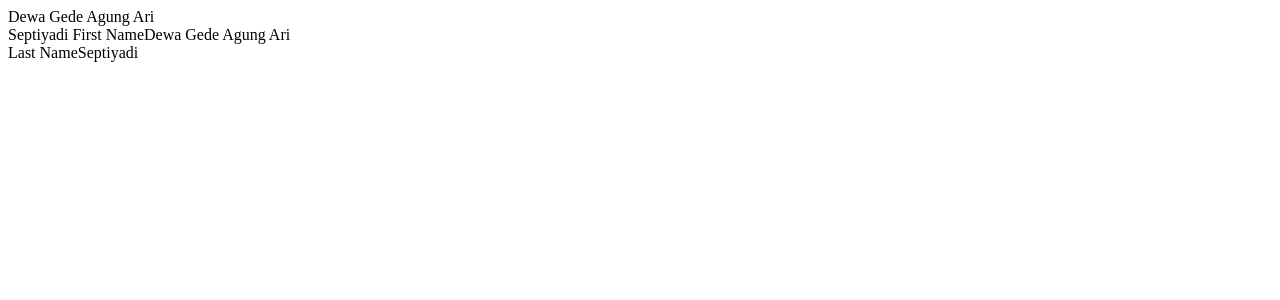
Repository: dewaary/JavaScript-Fundamentals
Page: index.html
These files come from the project's save history. The page is drawn as it stood at one moment and after the next save; the edit follows.
The browser window is 1280 px wide. The pictures show the whole page.

Above is the page before, as saved 2021-06-18 23:28:12.

After the next save:
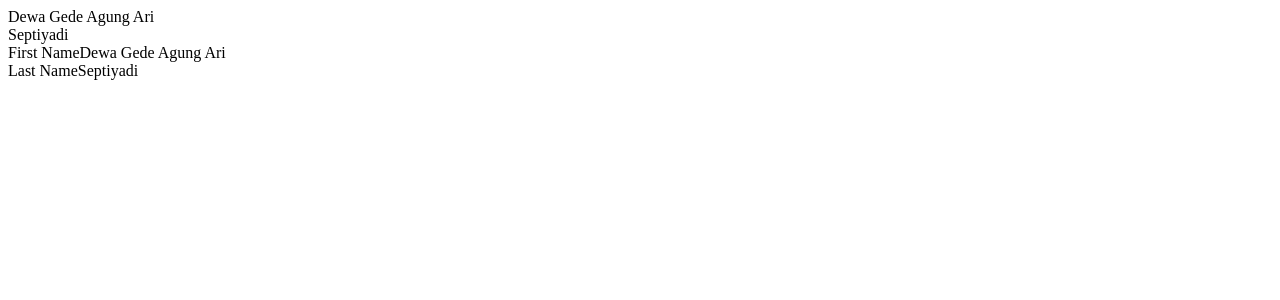
Saved 22 s later.
--- a/scripts/type-data-string.js
+++ b/scripts/type-data-string.js
@@ -3,6 +3,7 @@
 document.writeln("<br>");
 document.writeln("Septiyadi");
 
+document.writeln("<br>")
 
 /* String Sum */
 document.writeln("First Name" + "Dewa Gede Agung Ari");
